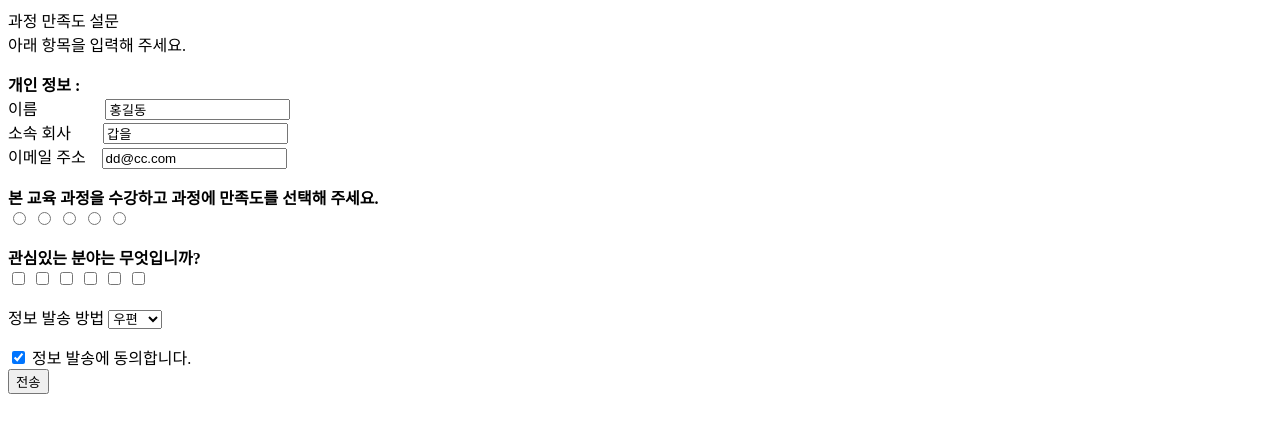
Repository: uj06134/Metabuild_JSP
Page: http://localhost/12_DB_Survey/insertForm.jsp
These files come from the project's save history. The page is drawn as it stood at one moment and after the next save; the edit follows.
The browser window is 1280 px wide. The pictures show the whole page.
The page is served by Tomcat 9.

Above is the page before, as saved 2025-09-18 01:02:38.

After the next save:
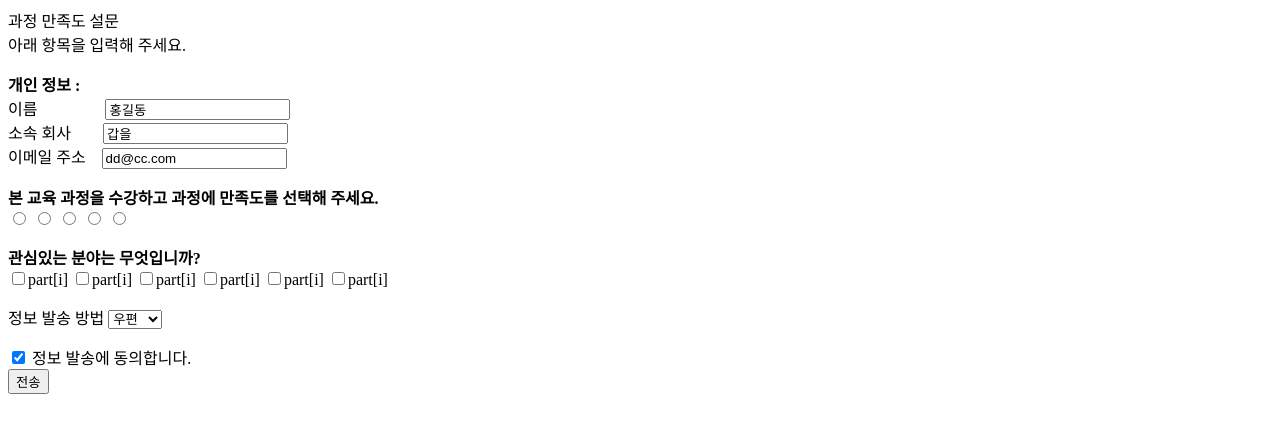
Saved 8 s later.
--- a/12_DB_Survey/src/main/webapp/insertForm.jsp
+++ b/12_DB_Survey/src/main/webapp/insertForm.jsp
@@ -48,7 +48,7 @@
 <%
     for (int i = 0; i < part.length; i++) {
 %>
-		<input type="checkbox" name = "part" value="part[i]">
+		<input type="checkbox" name = "part" value="part[i]">part[i]
 <%
     }
 %>
